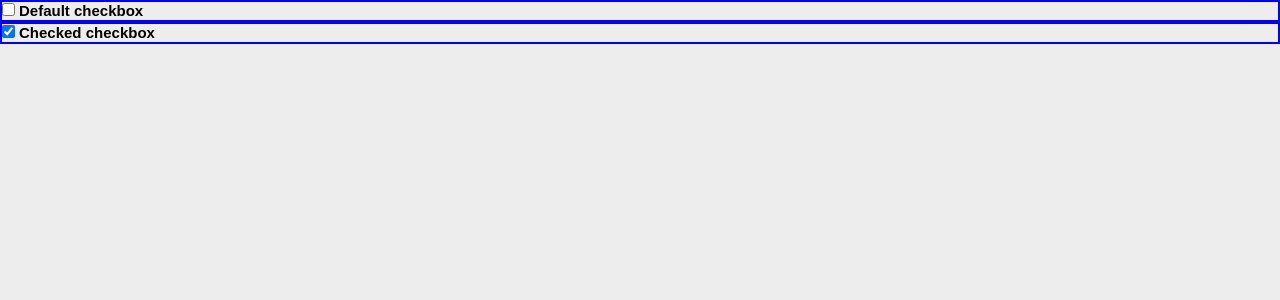
Repository: Grace229/Hasob-form
Page: index.html
These files come from the project's save history. The page is drawn as it stood at one moment and after a run of saves; the edit follows.
The browser window is 1280 px wide. The pictures show the whole page.

Above is the page before, as saved 2020-12-26 19:27:56.

### index.html
<!DOCTYPE html>
<html lang="en">
<head>
    <meta charset="UTF-8">
    <meta name="viewport" content="width=device-width, initial-scale=1.0">
    <title>Document</title>
    <link rel="stylesheet" href="style.css">
</head>
<body>
    <!-- Default checkbox -->
    <div class="container">
<div class="form-check">
    <input
      class="form-check-input"
      type="checkbox"
      value=""
      id="flexCheckDefault"
    />
    <label class="form-check-label" for="flexCheckDefault">
      Default checkbox
    </label>
  </div>

  <!-- Checked checkbox -->
  <div class="form-check">
    <input
      class="form-check-input"
      type="checkbox"
      value=""
      id="flexCheckChecked"
      checked
    />
    <label class="form-check-label" for="flexCheckChecked">
      Checked checkbox
    </label>
  </div>
</div>
    <!-- <div class="container">
    <div class="mb-3">
        <label for="exampleFormControlInput1" class="form-label">Email address</label>
        <input type="email" class="form-control" id="exampleFormControlInput1" placeholder="name@example.com">
      </div>
      <div class="mb-3">
        <label for="exampleFormControlTextarea1" class="form-label">Example textarea</label>
        <textarea class="form-control" id="exampleFormControlTextarea1" rows="3"></textarea>
      </div>
    </div> -->
    <!-- <form> -->
        <!-- radio button -->
        <!-- <div>
            <label for="">1: Lorem ipsum dolor sit amet consectetur adipisicing elit? </label> <br>
                <input type="radio" name="gender" value="male" class="input" checked> male
                <input type="radio" name="gender" value="male" class="input"> male
                <input type="radio" name="gender" value="male" class="input"> male
                <input type="radio" name="gender" value="male" class="input"> male
        </div> -->
        <!-- dropdown -->
        <!-- <div>
            <label for="">2: Lorem ipsum dolor sit amet consectetur adipisicing elit? </label><br>
               <select name="" id="">
                   <option value="male" class="input">
                    male
                   </option>
                   <option value="male" class="input">
                    male
                   </option>
                   <option value="male" class="input">
                    male
                   </option>
                   <option value="male" class="input">
                    male
                   </option>
               </select>
        </div> -->
        <!-- checkboxes -->
          <!-- <div>
            <label for="">3: Lorem ipsum dolor sit amet consectetur adipisicing elit? </label><br>
               <input type="checkbox" name="gender" value="male" class="input" checked> male
                <input type="checkbox" name="gender" value="male" class="input"> male
                <input type="checkbox" name="gender" value="male" class="input"> male
                <input type="checkbox" name="gender" value="male" class="input"> male
        </div> -->
        <!-- textbox -->
        <!-- <div>
            <label for=""> 4: Email</label> <br>
            <input type="email" name="email" id="">
        </div>
   </form> -->
</body>
</html>

### style.css
*{
    padding: 0;
    margin: 0;
    background-color: rgb(237, 237, 238);
}
label{
    font-size: 15px;
    font-weight: bold;
    font-family: sans-serif;
}
input{
    line-height: 3px;
}
.form-check{
    border: solid 2px blue;
}
.

After the next 6 saves:
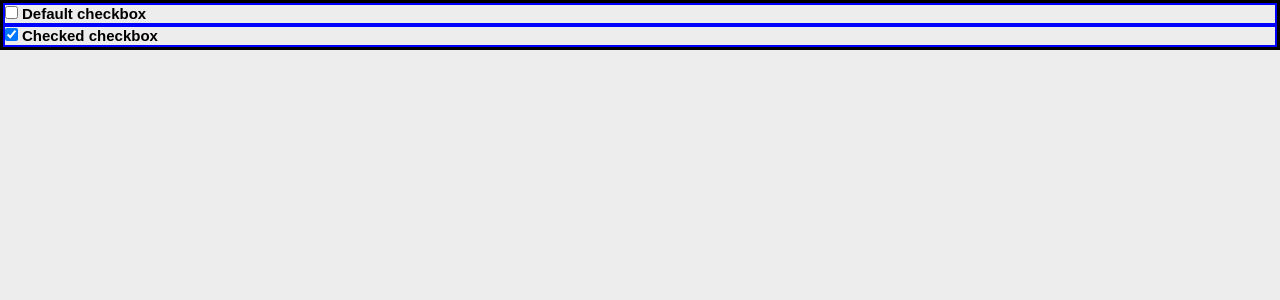
The 6 saves are shown as one change because they came seconds apart.
The last was saved 13 s later.
--- a/style.css
+++ b/style.css
@@ -14,4 +14,6 @@ input{
 .form-check{
     border: solid 2px blue;
 }
-.
+.container{
+    border: solid ;
+}
